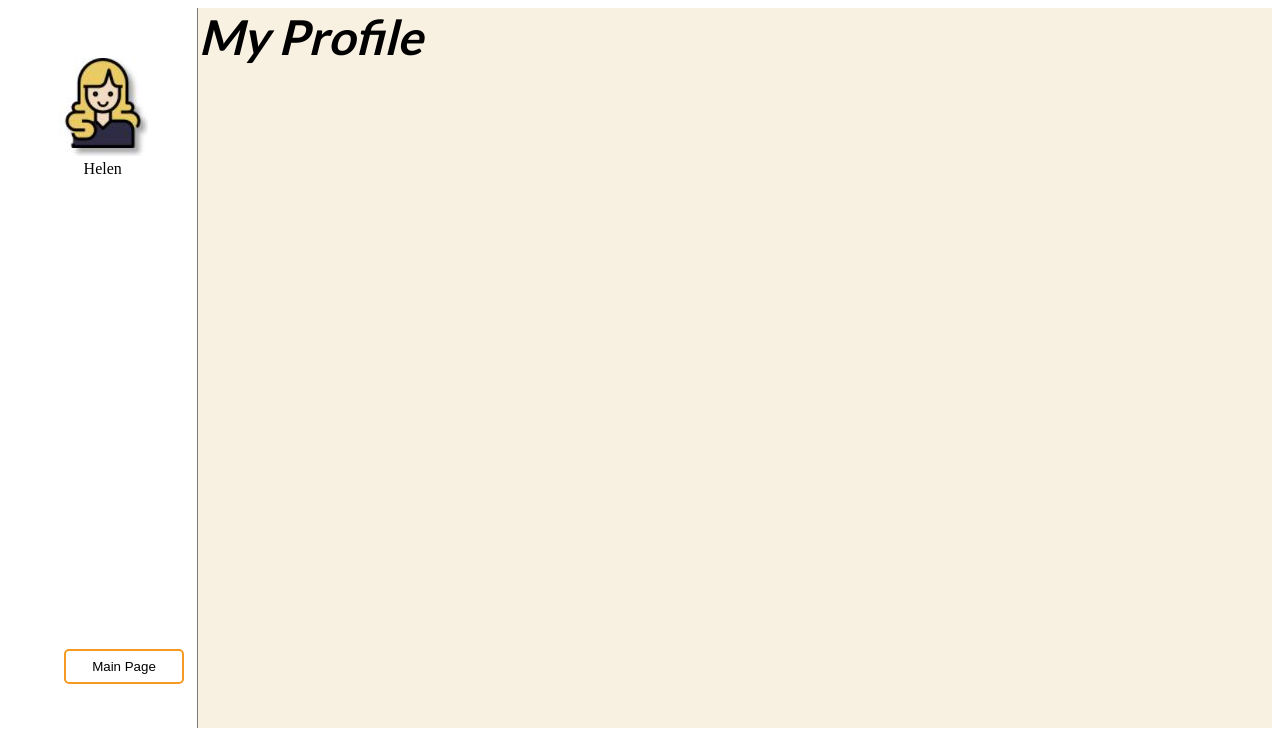
Repository: Team-Extrememe/Online-Study-Room
Page: profile.html
The author's editor kept a copy of each file at every save. The page is drawn from the files as they stood at one save, then again after the next save.
The browser window is 1280 px wide. The pictures show the whole page.

Above is the page before, as saved 2021-10-17 14:10:00.

After the next save:
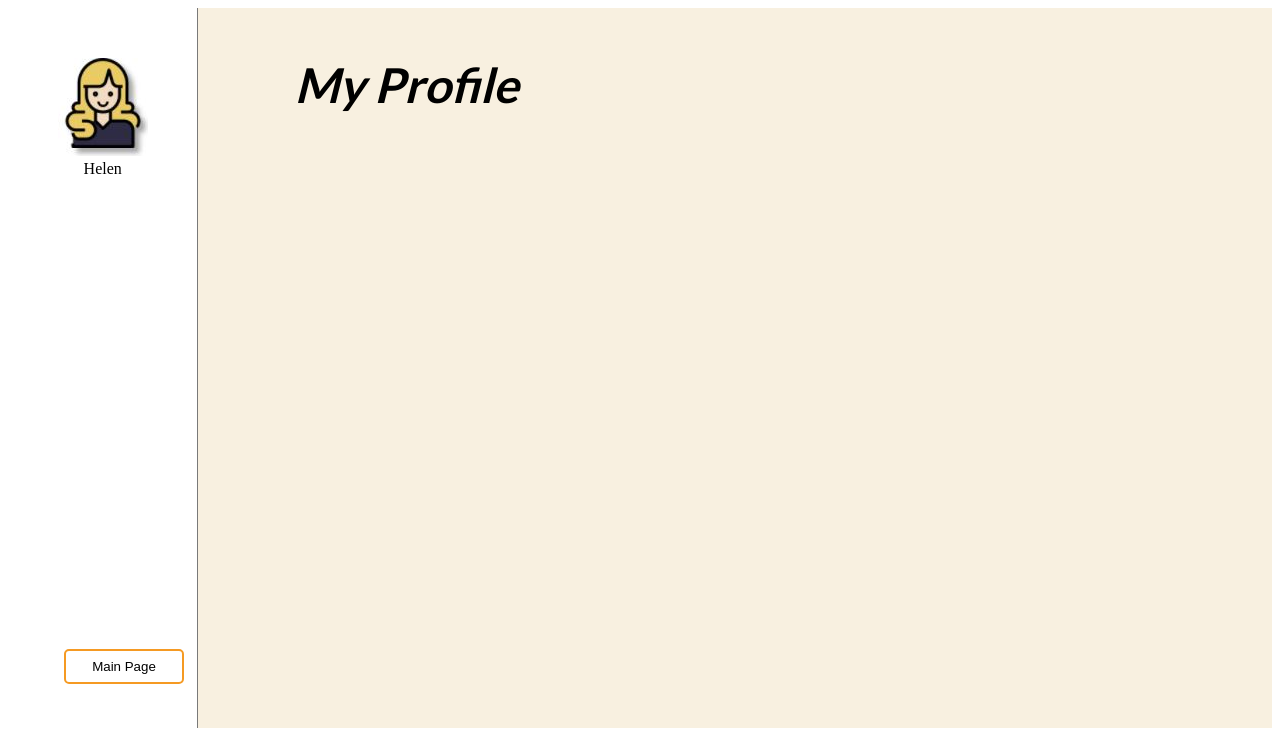
Saved 5 min 14 s later.
--- a/css/profile.css
+++ b/css/profile.css
@@ -50,8 +50,11 @@
 }
 
 .profile_header{
+    float: left;
     font-size: 48px;
     font-weight: bold;
     font-style: italic;
     font-family: 'Lato', sans-serif;
+    padding-left: 2em;
+    padding-top: 1em;
 }
